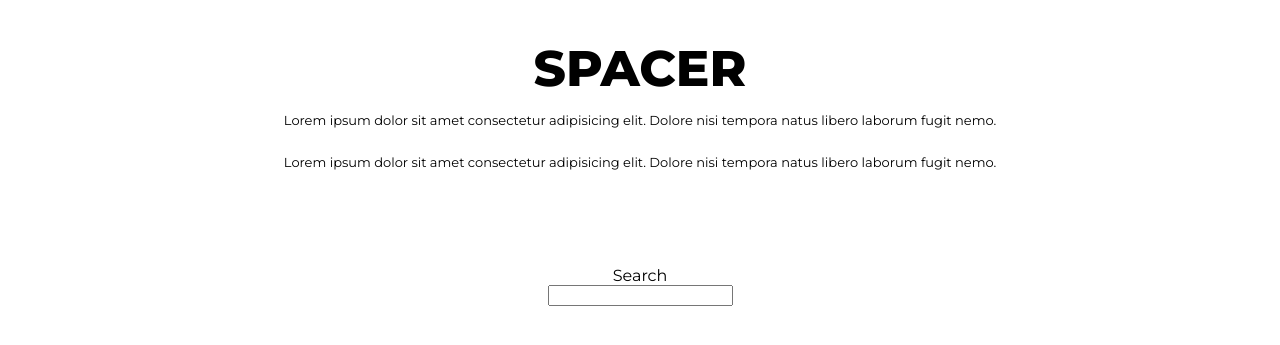
Repository: Trelefele/spacer-roman
Page: /
These files come from the project's save history. The page is drawn as it stood at one moment and after the next save; the edit follows.
The browser window is 1280 px wide. The pictures show the whole page.
The project was rebuilt for these pictures with package versions that can differ from the ones it lists, and the page was loaded fresh each time.

Above is the page before, as saved 2019-02-03 18:47:20.

After the next save:
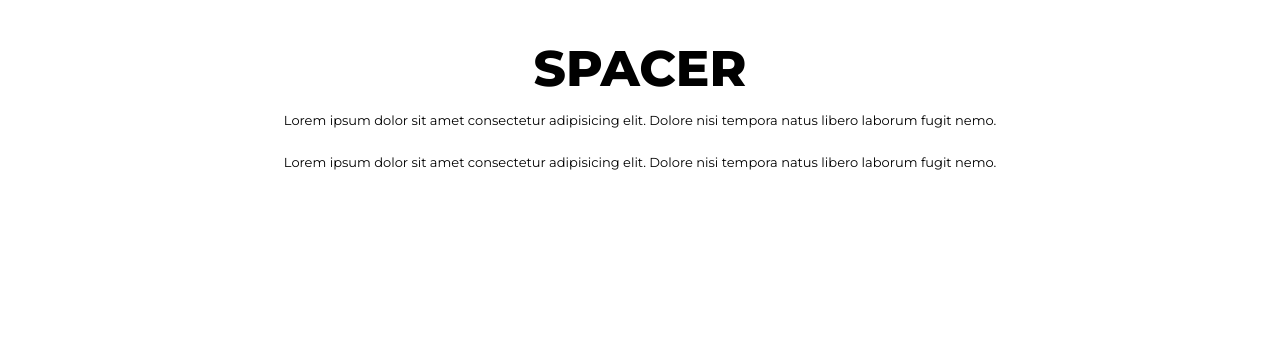
Saved 16 min 42 s later.
--- a/src/views/Search.vue
+++ b/src/views/Search.vue
@@ -2,15 +2,6 @@
   <div class="searchWrapper">
     <Claim/>
     <SearchInput/>
-  <div class="search"></div>
-    <label for="search">Search</label>
-    <input
-      id="search"
-      name="search"
-      v-model="searchValue"
-      @input="handleInput"
-      />
-
   </div>
 </template>
 
